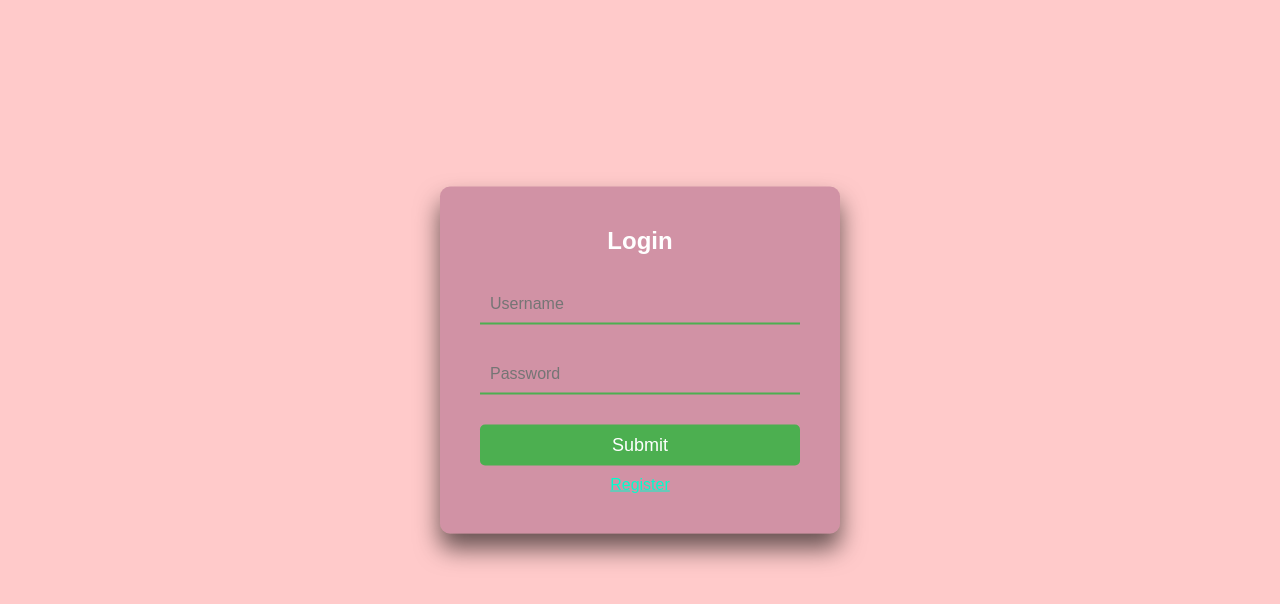
Repository: SRBshakib/Safe-Food---DBMS-project
Page: Organaization/login.html
These files come from the project's save history. The page is drawn as it stood at one moment and after the next save; the edit follows.
The browser window is 1280 px wide. The pictures show the whole page.

Above is the page before, as saved 2024-11-10 21:54:48.

### Organaization/login.html
<!DOCTYPE html>
<html lang="en">
<head>
    <meta charset="UTF-8">
    <meta name="viewport" content="width=device-width, initial-scale=1.0">
    <title>Welcome to our organization</title>
    <link rel="stylesheet" href="style_login.css"> <!-- Link to the CSS file -->
</head>
<body>
    <div class="login-box">
        <h2>Login</h2>
        <form>
            <div class="textbox">
                <input type="text" placeholder="Username" required>
            </div>
            <div class="textbox">
                <input type="password" placeholder="Password" required>
            </div>
            <button type="submit" class="btn">Submit</button>
            <p class="register">Register</p>
        </form>
    </div>
</body>
</html>

### Organaization/style_login.css

*{

    margin: 0;
    padding: 0;
    box-sizing: border-box;
    font-family: Arial, sans-serif;
}

body {
    display: flex;
    justify-content: center;
    align-items: center;
    height: 100vh;
    background-color: #ffcaca;
    color: rgb(255, 255, 255);
}

.login-box {
    position: absolute;
    top: 50%;
    left: 50%;
    width: 400px;
    padding: 40px;
    transform: translate(-50%, -50%);
    background: rgba(94, 7, 72, 0.281);
    box-shadow: 0 15px 25px rgba(0, 0, 0, 0.6);
    border-radius: 10px;
    text-align: center;
}

.login-box h2 {
    margin-bottom: 30px;
}

.textbox {
    position: relative;
    margin-bottom: 30px;
    border-bottom: 2px solid #4caf50;
}

.textbox input {
    width: 100%;
    padding: 10px;
    font-size: 16px;
    background: none;
    border: none;
    outline: none;
    color: #fff;
}

.btn {
    display: inline-block;
    width: 100%;
    padding: 10px;
    background: #4caf50;
    border: none;
    outline: none;
    color: #fff;
    font-size: 18px;
    cursor: pointer;
    border-radius: 5px;
    transition: background 0.3s, box-shadow 0.3s;
}

.btn:hover {
    background: #00ffcc;
    box-shadow: 0 0 10px #00ffcc, 0 0 40px #00ffcc, 0 0 80px #00ffcc;
}

.register {
    color: #00ffcc;
    cursor: pointer;
    margin-top: 10px;
    text-decoration: underline;
}

After the next save:
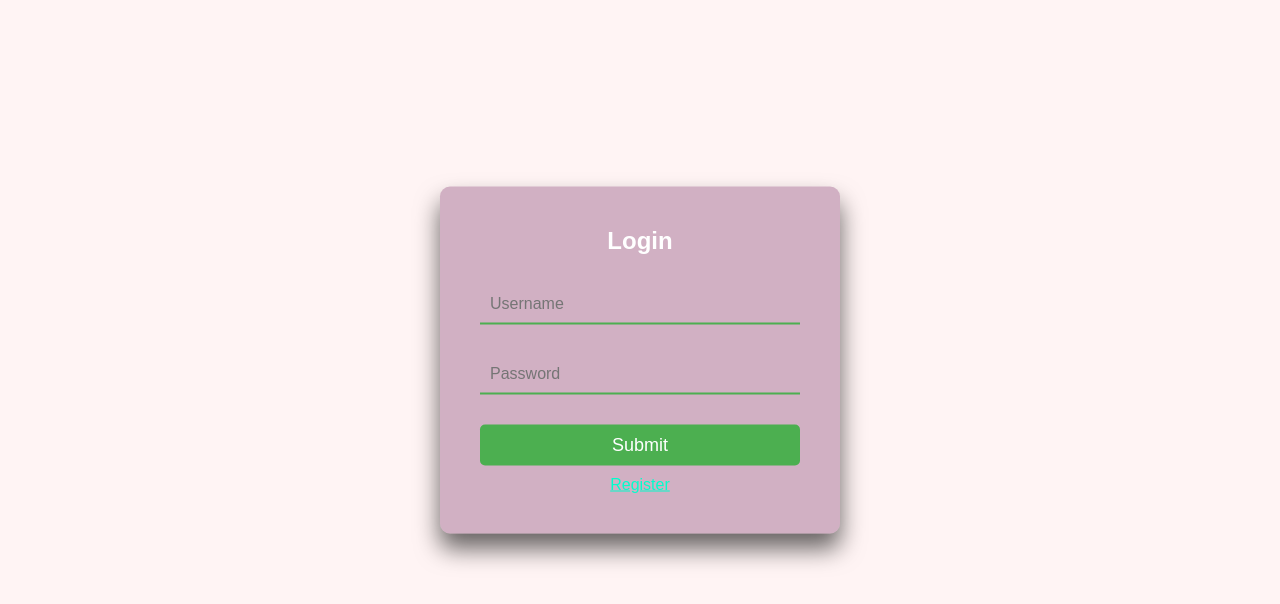
Saved 8 s later.
--- a/Organaization/style_login.css
+++ b/Organaization/style_login.css
@@ -12,7 +12,7 @@ body {
     justify-content: center;
     align-items: center;
     height: 100vh;
-    background-color: #ffcaca;
+    background-color: #ffcaca34;
     color: rgb(255, 255, 255);
 }
 
